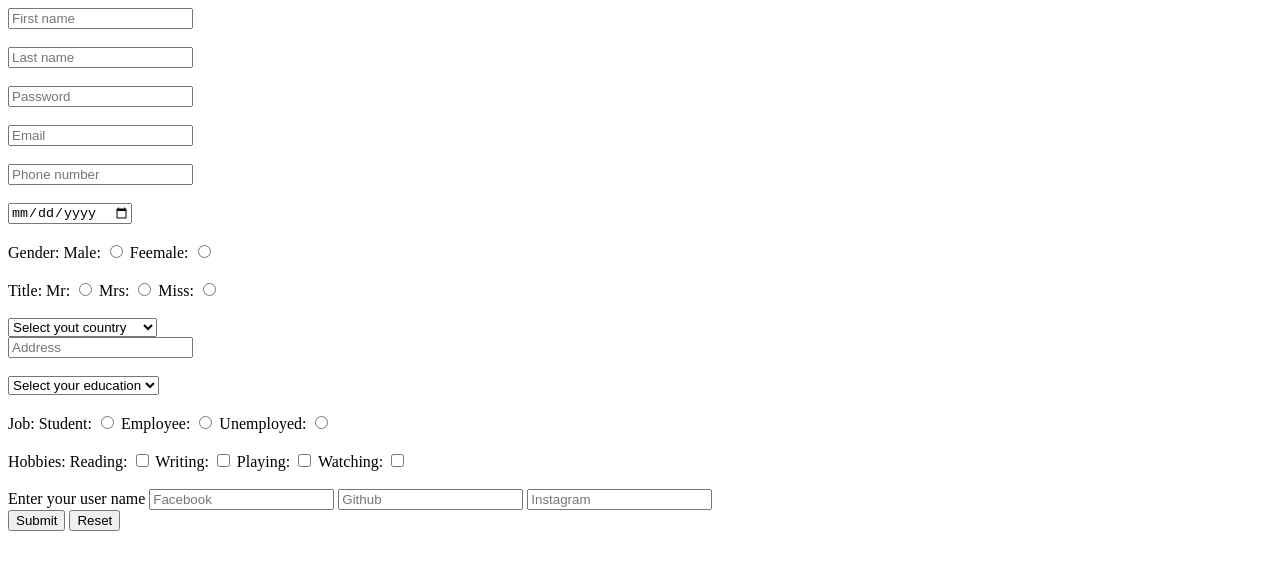
Repository: Haakim19/web-dev
Page: http://localhost/form2/index.php
An editor plug-in stored every save of this project. The page is shown before and after the next save, followed by the edit.
The browser window is 1280 px wide. The pictures show the whole page.
The page is run by PHP 8.4 with error messages shown; the project is at /var/www/html/.

Above is the page before, as saved 2024-06-06 18:41:07.

### form2/index.php
<!DOCTYPE html>
<html lang="en">

<head>
    <meta charset="UTF-8">
    <meta name="viewport" content="width=device-width, initial-scale=1.0">
    <title>User detail servay form</title>
</head>

<body>
    <form action="" method="POST">
        <div class="centerd_element">
            <div>
                <input type="text" id="fname" placeholder="First name">
            </div>
            <br>
            <div>
                <input type="text" id="lname" placeholder="Last name">
            </div>
            <br>
            <div>
                <input type="password" id="pwd" placeholder="Password">
            </div>
            <br>
            <div>
                <input type="email" id="email" placeholder="Email">
            </div>
            <br>
            <div>
                <input type="tel" id="pNum" placeholder="Phone number">
            </div>
            <br>
            <div>
                <input type="date" id="bDay" placeholder="Birthday">
            </div>
            <br>
            <div>
                <label for="gender">Gender:</label>
                <label> Male:</label>
                <input type="radio" id="male" name="gender" value="male">
                <label> Feemale:</label>
                <input type="radio" id="female" name="gender" value="male">
            </div>
            <br>
            <div>
                <label for="title">Title:</label>
                <label> Mr:</label>
                <input type="radio" id="Mr" name="title" value="Mr">
                <label> Mrs:</label>
                <input type="radio" id="Mrs" name="title" value="Mrs">
                <label> Miss:</label>
                <input type="radio" id="Miss" name="title" value="Miss">
            </div>
            <br>
            <div>
                <select name="country" id="dropdown" class="countrySelection">
                    <option value disabled selected>Select yout country</option>
                    <option value="sri lanka">Sri lanka</option>
                    <option value="india">India</option>
                    <option value="pakistan">Pakistan</option>
                    <option value="bangladesh">Bangladesh</option>
                    <option value="nepal">Nepal</option>
                    <option value="maldives">Maldives</option>
                    <option value="bhutan">Bhutan</option>
                    <option value="afghanistan">Afghanistan</option>
                    <option value="iran">Iran</option>
                    <option value="iraq">Iraq</option>
                    <option value="kuwait">Kuwait</option>
                    <option value="oman">Oman</option>
                    <option value="qatar">Qatar</option>
                    <option value="saudi arabia">Saudi Arabia</option>
                    <option value="syria">Syria</option>
                    <option value="turkey">Turkey</option>
                    <option value="united arab emirates">United Arab Emirates</option>
                    <option value="egipt">Egipt</option>
                    <option value="australiya">Australiya</option>
                    <option value="armenia">Armenia</option>
                    <option value="georgia">Georgia</option>
                    <option value="uk">Unaited kingdom</option>
                    <option value="usa">USA</option>
                </select>

                <div>
                    <input type="text" id="address" placeholder="Address">
                </div>
                <br>
                <div>
                    <select name="education" id="education" class="eduSelection">
                        <option value disabled selected>Select your education</option>
                        <option value="primary">Primary</option>
                        <option value="secondary">Secondary</option>
                        <option value="high school">High school</option>
                        <option value="diploma">Diploma</option>
                        <option value="degree">Degree</option>
                        <option value="master">Master</option>
                        <option value="phd">PhD</option>
                    </select>
                </div>
                <br>
                <div>
                    <label for="job">Job:</label>
                    <label> Student:</label>
                    <input type="radio" id="student" name="job" value="student">
                    <label> Employee:</label>
                    <input type="radio" id="employee" name="job" value="employee">
                    <label> Unemployed:</label>
                    <input type="radio" id="unemployed" name="job" value="unemployed">
                </div>
                <br>
                <div>
                    <label for="hobbies">Hobbies:</label>
                    <label> Reading:</label>
                    <input type="checkbox" id="reading" name="hobbies" value="reading">
                    <label> Writing:</label>
                    <input type="checkbox" id="writing" name="hobbies" value="writing">
                    <label> Playing:</label>
                    <input type="checkbox" id="playing" name="hobbies" value="playing">
                    <label> Watching:</label>
                    <input type="checkbox" id="watching" name="hobbies" value="watching">
                </div>
                <br>
                <div class="username">
                    <label for="username">Enter your user name</label>
                    <input type="text" id="facebook" placeholder="Facebook">
                    <input type="text" id="github" placeholder="Github">
                    <input type="text" id="instagram" placeholder="Instagram">
                </div>
            </div>
    </form>
    <button type="submit">Submit</button>
    <button type="reset">Reset</button>
</body>

</html>

After the next save:
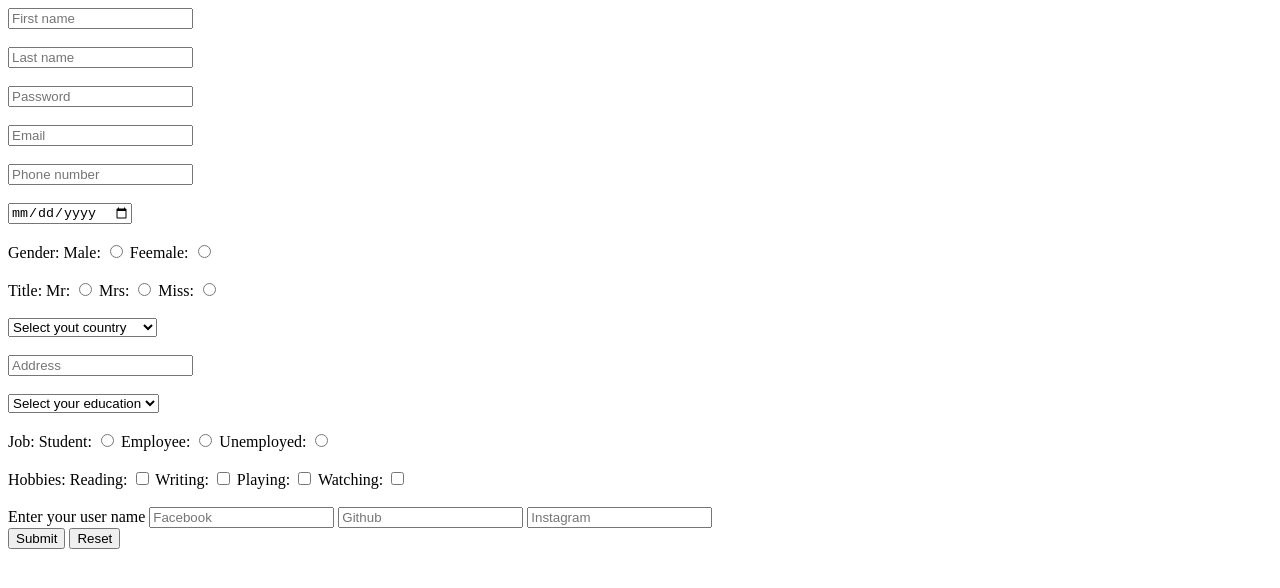
Saved 74 s later.
--- a/form2/index.php
+++ b/form2/index.php
@@ -79,53 +79,54 @@
                     <option value="uk">Unaited kingdom</option>
                     <option value="usa">USA</option>
                 </select>
-
-                <div>
-                    <input type="text" id="address" placeholder="Address">
-                </div>
-                <br>
-                <div>
-                    <select name="education" id="education" class="eduSelection">
-                        <option value disabled selected>Select your education</option>
-                        <option value="primary">Primary</option>
-                        <option value="secondary">Secondary</option>
-                        <option value="high school">High school</option>
-                        <option value="diploma">Diploma</option>
-                        <option value="degree">Degree</option>
-                        <option value="master">Master</option>
-                        <option value="phd">PhD</option>
-                    </select>
-                </div>
-                <br>
-                <div>
-                    <label for="job">Job:</label>
-                    <label> Student:</label>
-                    <input type="radio" id="student" name="job" value="student">
-                    <label> Employee:</label>
-                    <input type="radio" id="employee" name="job" value="employee">
-                    <label> Unemployed:</label>
-                    <input type="radio" id="unemployed" name="job" value="unemployed">
-                </div>
-                <br>
-                <div>
-                    <label for="hobbies">Hobbies:</label>
-                    <label> Reading:</label>
-                    <input type="checkbox" id="reading" name="hobbies" value="reading">
-                    <label> Writing:</label>
-                    <input type="checkbox" id="writing" name="hobbies" value="writing">
-                    <label> Playing:</label>
-                    <input type="checkbox" id="playing" name="hobbies" value="playing">
-                    <label> Watching:</label>
-                    <input type="checkbox" id="watching" name="hobbies" value="watching">
-                </div>
-                <br>
-                <div class="username">
-                    <label for="username">Enter your user name</label>
-                    <input type="text" id="facebook" placeholder="Facebook">
-                    <input type="text" id="github" placeholder="Github">
-                    <input type="text" id="instagram" placeholder="Instagram">
-                </div>
             </div>
+            <br>
+            <div>
+                <input type="text" id="address" placeholder="Address">
+            </div>
+            <br>
+            <div>
+                <select name="education" id="education" class="eduSelection">
+                    <option value disabled selected>Select your education</option>
+                    <option value="primary">Primary</option>
+                    <option value="secondary">Secondary</option>
+                    <option value="high school">High school</option>
+                    <option value="diploma">Diploma</option>
+                    <option value="degree">Degree</option>
+                    <option value="master">Master</option>
+                    <option value="phd">PhD</option>
+                </select>
+            </div>
+            <br>
+            <div>
+                <label for="job">Job:</label>
+                <label> Student:</label>
+                <input type="radio" id="student" name="job" value="student">
+                <label> Employee:</label>
+                <input type="radio" id="employee" name="job" value="employee">
+                <label> Unemployed:</label>
+                <input type="radio" id="unemployed" name="job" value="unemployed">
+            </div>
+            <br>
+            <div>
+                <label for="hobbies">Hobbies:</label>
+                <label> Reading:</label>
+                <input type="checkbox" id="reading" name="hobbies" value="reading">
+                <label> Writing:</label>
+                <input type="checkbox" id="writing" name="hobbies" value="writing">
+                <label> Playing:</label>
+                <input type="checkbox" id="playing" name="hobbies" value="playing">
+                <label> Watching:</label>
+                <input type="checkbox" id="watching" name="hobbies" value="watching">
+            </div>
+            <br>
+            <div class="username">
+                <label for="username">Enter your user name</label>
+                <input type="text" id="facebook" placeholder="Facebook">
+                <input type="text" id="github" placeholder="Github">
+                <input type="text" id="instagram" placeholder="Instagram">
+            </div>
+        </div>
     </form>
     <button type="submit">Submit</button>
     <button type="reset">Reset</button>
